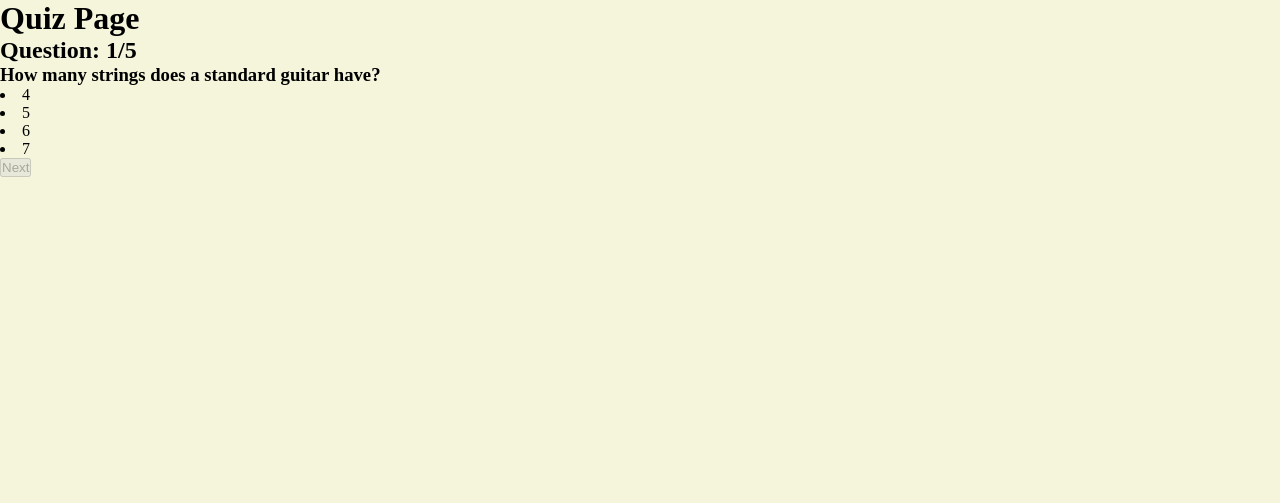
Repository: 1medi/pocketprof
Page: /quiz/page
The author's editor kept a copy of each file at every save. The page is drawn from the files as they stood at one save, then again after the next save.
The browser window is 1280 px wide. The pictures show the whole page.
The project was rebuilt for these pictures with package versions that can differ from the ones it lists, and the page was loaded fresh each time. The framework's server and built-in components were replaced by stand-ins that run in the browser. Also part of the build but not shown: next.config.mjs.

Above is the page before, as saved 2024-04-06 20:31:56.

### pages/quiz/page.jsx
'use client';
import React, { useState } from 'react';
import { quiz } from "../data"

export default function Page() {
  const [activeQuestion, setActiveQuestion] = useState(0);
  const [selectedAnswer, setSelectedAnswer] = useState('');
  const [checked, setChecked] = useState(false);
  const [selectedAnswerIndex, setSelectedAnswerIndex] = useState(null);
  const [showResult, setShowResult] = useState(false);
  const [result, setResult] = useState({
    score: 0,
    correctAnswers: 0,
    wrongAnswers: 0,
  });

  const { questions } = quiz;
  const { question, answers, correctAnswer } = questions[activeQuestion];

  //   Select and check answer
  const onAnswerSelected = (answer, idx) => {
    setChecked(true);
    setSelectedAnswerIndex(idx);
    if (answer === correctAnswer) {
      setSelectedAnswer(true);
      console.log('true');
    } else {
      setSelectedAnswer(false);
      console.log('false');
    }
  };

  // Calculate score and increment to next question
  const nextQuestion = () => {
    setSelectedAnswerIndex(null);
    setResult((prev) =>
      selectedAnswer
        ? {
            ...prev,
            score: prev.score + 5,
            correctAnswers: prev.correctAnswers + 1,
          }
        : {
            ...prev,
            wrongAnswers: prev.wrongAnswers + 1,
          }
    );
    if (activeQuestion !== questions.length - 1) {
      setActiveQuestion((prev) => prev + 1);
    } else {
      setActiveQuestion(0);
      setShowResult(true);
    }
    setChecked(false);
  };

  return (
    <div className='container'>
      <h1>Quiz Page</h1>
      <div>
        <h2>
          Question: {activeQuestion + 1}
          <span>/{questions.length}</span>
        </h2>
      </div>
      <div>
        {!showResult ? (
          <div className='quiz-container'>
            <h3>{questions[activeQuestion].question}</h3>
            {answers.map((answer, idx) => (
              <li
                key={idx}
                onClick={() => onAnswerSelected(answer, idx)}
                className={
                  selectedAnswerIndex === idx ? 'li-selected' : 'li-hover'
                }
              >
                <span>{answer}</span>
              </li>
            ))}
            {checked ? (
              <button onClick={nextQuestion} className='btn'>
                {activeQuestion === question.length - 1 ? 'Finish' : 'Next'}
              </button>
            ) : (
              <button onClick={nextQuestion} disabled className='btn-disabled'>
                {' '}
                {activeQuestion === question.length - 1 ? 'Finish' : 'Next'}
              </button>
            )}
          </div>
        ) : (
          <div className='quiz-container'>
            <h3>Results</h3>
            <h3>Overall {(result.score / 25) * 100}%</h3>
            <p>
              Total Questions: <span>{questions.length}</span>
            </p>
            <p>
              Total Score: <span>{result.score}</span>
            </p>
            <p>
              Correct Answers: <span>{result.correctAnswers}</span>
            </p>
            <p>
              Wrong Answers: <span>{result.wrongAnswers}</span>
            </p>
            <button onClick={() => window.location.reload()}>Restart</button>
          </div>
        )}
      </div>
    </div>
  );
};

### styles/globals.css
:root {
background-color: beige;
align-content: center;
}


* {
    padding: 0;
    margin: 0;
  }

### pages/data.js
export const quiz = {
    totalQuestions: 5,
    questions: [
      {
        id: 1,
        question: 'How many strings does a standard guitar have?',
        answers: ['4', '5', '6', '7'],
        correctAnswer: '6',
      },
      {
        id: 2,
        question: 'Which part of the guitar do you strum or pluck the strings with?',
        answers: ['Headstock', 'Fretboard', 'Body', 'Bridge'],
        correctAnswer: 'Body',
      },
      {
        id: 3,
        question: 'What is a pick used for in playing the guitar?',
        answers: ['Holding the strings down', 'Strumming or plucking the strings', 'Keeping the guitar in tune', 'San Marino'],
        correctAnswer: 'Strumming or plucking the strings',
      },
      {
        id: 4,
        question: 'What is the name of the thickest string on the guitar?',
        answers: ['A string', 'E string', 'D string', 'G string'],
        correctAnswer: 'E string',
      },
      {
        id: 5,
        question: 'Where do you place your fingers to play different notes on the guitar?',
        answers: ['On the body', 'On the headstock', 'On the strings over the fretboard', 'On the tuning pegs'],
        correctAnswer: 'On the strings over the fretboard',
      },
    ],
  };

### pages/quiz/page.module.css

* {
    box-sizing: border-box;
    padding: 0;
    margin: 0;
  }

  html, body {
    overflow-x: hidden;
    background-color: #000925;
  }

  main {
    padding: 1rem;
  }

  h1, h2 {
    color: #eee;
  }

  h3 {
    padding-bottom: 2rem;
    color: #000105;
    font-size: 1.8rem;
  }

  button {
    padding: 16px 8px;
    width: 100%;
    margin-top: 12px;
    font-size: 1rem;
    border-radius: 4px;
    cursor: pointer;
    background-color: #808080;
    color: #f8f8f8;
  }

  .btn-disabled {
    background-color: lightgray;
  }

  li {
    list-style-type: none;
    cursor: pointer;
    margin: 9px 0;
    padding: 16px 8px;
    color: #000105;
    border: 1px solid lightgray;
  }

  .li-hover:hover {
    background-color: #d8d8d8;
    columns: #fff;
  }

  .li-selected {
    color: #fff;
    background-color: #000925;
  }

  .container {
    max-width: 740px;
    width: 100%;
    margin: auto;
    padding: 1rem;
  }

  .quiz-container {
    background-color: #f8f8f8;
    padding: 1rem;
    margin-top: 2rem;
    border-radius: 4px;
  }

  .container p {
    padding: 8px 0;
  }

Loaded but not shown: pages/_app.js (common file); pages/_document.js (common file)

After the next save:
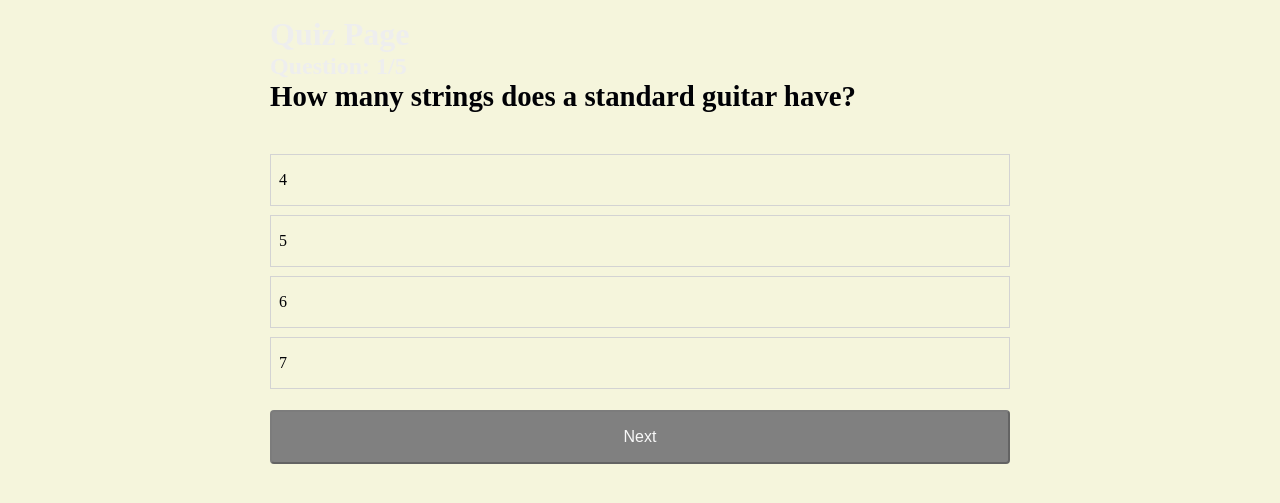
Saved 107 min 30 s later.
--- a/pages/quiz/page.jsx
+++ b/pages/quiz/page.jsx
@@ -1,6 +1,7 @@
 'use client';
 import React, { useState } from 'react';
 import { quiz } from "../data"
+import styles from "./page.module.css"
 
 export default function Page() {
   const [activeQuestion, setActiveQuestion] = useState(0);
@@ -17,7 +18,6 @@ export default function Page() {
   const { questions } = quiz;
   const { question, answers, correctAnswer } = questions[activeQuestion];
 
-  //   Select and check answer
   const onAnswerSelected = (answer, idx) => {
     setChecked(true);
     setSelectedAnswerIndex(idx);
@@ -55,7 +55,7 @@ export default function Page() {
   };
 
   return (
-    <div className='container'>
+    <div className={styles.container}>
       <h1>Quiz Page</h1>
       <div>
         <h2>
--- a/pages/quiz/page.module.css
+++ b/pages/quiz/page.module.css
@@ -1,16 +1,4 @@
-
-* {
-    box-sizing: border-box;
-    padding: 0;
-    margin: 0;
-  }
-
-  html, body {
-    overflow-x: hidden;
-    background-color: #000925;
-  }
-
-  main {
+.container{
     padding: 1rem;
   }
 
